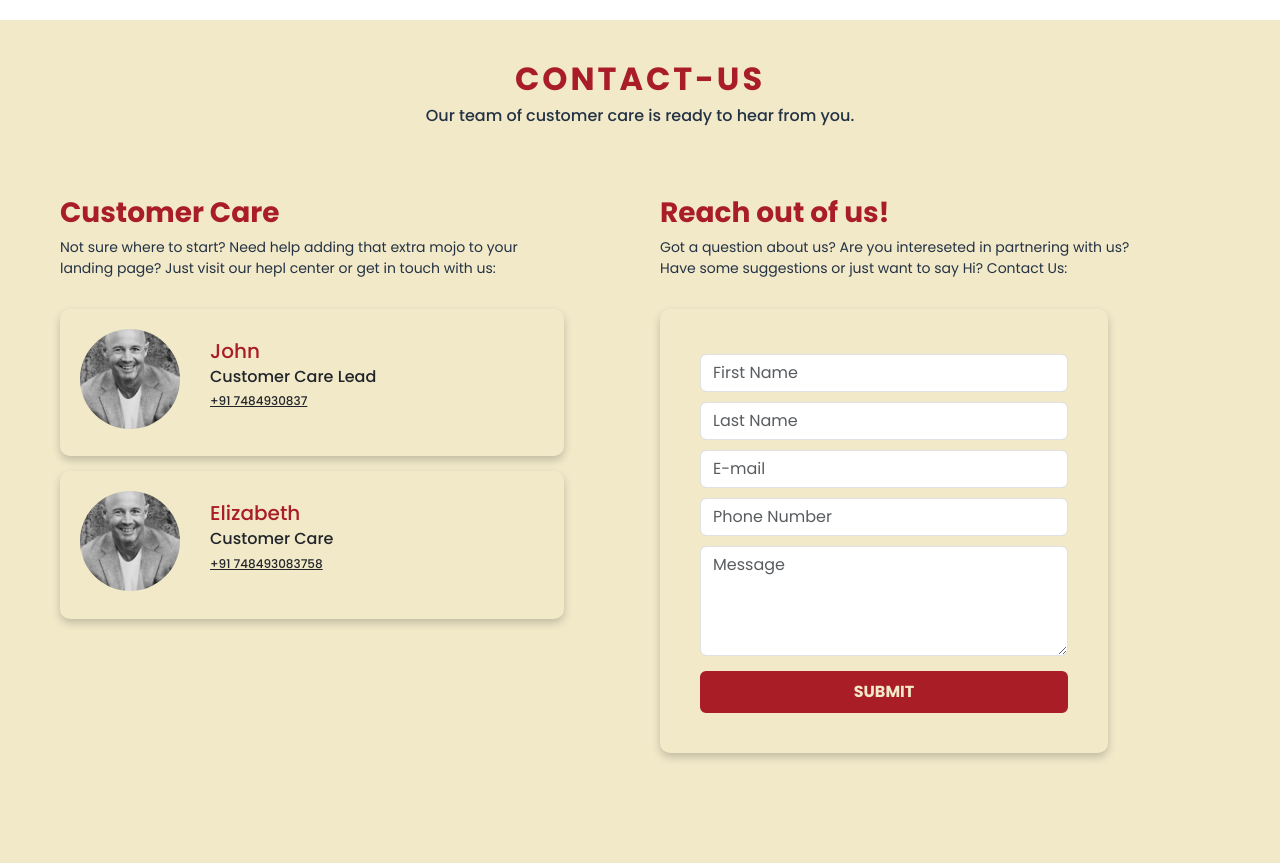
Repository: SharonSebastian32/Event-Management-System-
Page: index.html
The author's editor kept a copy of each file at every save. The page is drawn from the files as they stood at one save, then again after a run of saves.
The browser window is 1280 px wide. The pictures show the part of the page from y = 3555 to 4418 px (the page is 4418 px tall).
A picture or video elsewhere on the page could not be fetched, so the positions and the page height are approximate.

Above is the page before, as saved 2024-09-06 10:59:52.
Not found: assets/css/ContactUs.css

### index.html
<!DOCTYPE html>
<html lang="en">
  <head>
    <meta charset="UTF-8" />
    <meta name="viewport" content="width=device-width, initial-scale=1.0" />
    <title>Document</title>
    <link
      rel="stylesheet"
      href="https://cdnjs.cloudflare.com/ajax/libs/font-awesome/5.15.4/css/all.min.css"
    />
    <link rel="stylesheet" href="./Css/Styles.css" />

    <!-- conatct us  -->
    <link rel="stylesheet" href="/assets/css/ContactUs.css" />
    <link
      href="https://cdn.jsdelivr.net/npm/bootstrap@5.3.0/dist/css/bootstrap.min.css"
      rel="stylesheet"
    />
  </head>
  <body>
    <!-- hero section start -->
    <nav>
      <div class="nav-container">
        <div class="logo">
          <a href="#home">
            <img src="./Assets/images/aa.jpg" alt="Event Management Logo" />
          </a>
        </div>
        <ul class="nav-links">
          <li><a href="#home">HOME</a></li>
          <li><a href="#about">ABOUT US</a></li>
          <li><a href="#events">EVENTS</a></li>
          <li><a href="#services">SERVICES</a></li>
          <li><a href="#partners us">PARTNERS US</a></li>
          <li><a href="#gallery">GALLERY</a></li>
          <li><a href="#contact">CONTACT US</a></li>
        </ul>
        <div class="sign-in">
          <a href="#login">SIGN IN</a>
        </div>
      </div>
    </nav>

    <!-- Section for Event Management Video -->
    <section class="video-section">
      <video autoplay muted loop>
        <source src="./Assets/videos/aa.mp4" type="video/mp4" />
        Your browser does not support the video tag.
      </video>
    </section>

    <!-- hero section end -->

    <!-- events section start -->

    <section>
      <center>
        <h1 style="font-size: 45px; color: #a91d26" data-aos="zoom-in">
          Events
        </h1>
        <form class="search-form" data-aos="flip-down">
          <input
            type="text"
            name="search"
            id="search"
            placeholder="Search events by name, category, price"
            data-aos="flip-down"
          />
          <button type="submit">Search</button>
        </form>
      </center>
      <div class="event-container" id="event-container">
        <!-- Event cards will be injected here by JavaScript -->
      </div>
      <div id="event-modal" class="modal" data-aos="fade-in">
        <div class="modal-content">
          <span class="close">&times;</span>
          <h2>Event Details</h2>
          <p id="event-description">Details will be displayed here.</p>
          <br />
          <a
            href="https://sharonsebastian32.github.io/razorpaypaymentgateway_implementation/"
            target="_blank"
          >
            <button class="view-details-btn">Register Now</button>
          </a>
        </div>
      </div>
    </section>

    <!-- events section end -->

    <!-- conatct us section -->

    <div class="container-fluid contact_us">
      <h2>CONTACT-US</h2>
      <h6>Our team of customer care is ready to hear from you.</h6>

      <div class="row main_section">
        <div class="col-md-6 section1">
          <h3>Customer Care</h3>
          <p>
            Not sure where to start? Need help adding that extra mojo to your
            landing page? Just visit our
            <span>hepl center</span> or get in touch with us:
          </p>
          <div class="customer_care">
            <div class="customer_care_profile">
              <div class="profile_img">
                <img src="/assets/images/men.jpg" alt="customer_care" />
              </div>
              <div class="profile_details">
                <h5>John</h5>
                <h6>Customer Care Lead</h6>
                <p>+91 7484930837</p>
              </div>
            </div>
            <div class="customer_care_profile">
              <div class="profile_img">
                <img src="./Assets/images/men.jpg" alt="customer_care" />
              </div>
              <div class="profile_details">
                <h5>Elizabeth</h5>
                <h6>Customer Care</h6>
                <p>+91 748493083758</p>
              </div>
            </div>
          </div>
        </div>
        <div class="col-md-6 section2">
          <h3>Reach out of us!</h3>
          <p>
            Got a question about us? Are you intereseted in partnering with us?
            Have some suggestions or just want to say Hi? Contact Us:
          </p>
          <form action="">
            <input
              class="form-control"
              type="text"
              name="first_name"
              placeholder="First Name"
              required
            />
            <input
              class="form-control"
              type="text"
              name="last_name"
              placeholder="Last Name"
              required
            />
            <input
              class="form-control"
              type="email"
              name="email"
              placeholder="E-mail"
              required
            />
            <input
              class="form-control"
              type="tel"
              name="phone"
              placeholder="Phone Number"
              required
            />
            <textarea
              class="form-control"
              name="message"
              id=""
              rows="4"
              placeholder="Message"
            ></textarea>
            <button class="btn">SUBMIT</button>
          </form>
        </div>
      </div>
    </div>
    <!-- contact us section -->

    <script src="./Js/Scripts.js"></script>
      <script src="https://cdn.jsdelivr.net/npm/bootstrap@5.3.0/dist/js/bootstrap.bundle.min.js"></script>
  </body>
</html>

### Css/Styles.css
 @import url('https://fonts.googleapis.com/css2?family=Poppins:ital,wght@0,100;0,200;0,300;0,400;0,500;0,600;0,700;0,800;0,900;1,100;1,200;1,300;1,400;1,500;1,600;1,700;1,800;1,900&display=swap');

:root {
    --main-color: #d3ad7f;
    --black: #13131a;
    --bg: #010103;
    --border: .1rem solid rgba(255, 255, 255, .3);
}


body {
    margin: 0;
font-family: "Poppins"; }

nav {
    background-color: #f2e9c9;
    padding: 10px 20px;
}

.nav-container {
    display: flex;
    justify-content: space-between;
    align-items: center;
}

.logo img {
    height: 50px;
}

.nav-links {
    list-style-type: none;
    display: flex;
    margin: 0;
    padding: 0;
}

.nav-links li {
    margin: 0 20px;
}

.nav-links li a {
    color: #a91d26;
    text-decoration: none;
    font-weight: bold;
}

.nav-links li a:hover {
    color: #FFD700;
    /* Golden color */
}

.sign-in a {
    background-color: #FFD700;
    color: maroon;
    padding: 10px 20px;
    border-radius: 5px;
    text-decoration: none;
    font-weight: bold;
}

.sign-in a:hover {
    background-color: #FFA500;
    /* Darker golden shade */
    color: #233244;
}

/* Styling for Video Section */
.video-section {
    width: 100%;
    height: 100vh;
    /* Full viewport height */
    overflow: hidden;
    position: relative;
}

.video-section video {
    position: absolute;
    top: 0;
    left: 0;
    width: 100%;
    height: 100%;
    object-fit: cover;
    /* Ensures the video covers the entire container */
}





/* event css start */


 * {
     margin: 0;
     padding: 0;
     box-sizing: border-box;
     font-family: "Poppins";
 }


 body {
     font-family: Arial, sans-serif;
     background-color: rgb(255, 255, 220);
 }

 .event-container {
     display: flex;
     flex-direction: column;
     align-items: center;
     padding: 20px;
     width: 70%;

 }

 .event-card {
     display: flex;
     background-color: #ffffff;
     box-shadow: 0 4px 8px hwb(0 51% 46% / 0.926);
     border-radius: 10px;
     overflow: hidden;
     margin-bottom: 20px;
     width: 80%;
     max-width: 800px;
 }

 .event-card img {
     margin: 20px;
     width: 260px;
     height: 200px;
     object-fit: cover;
 }

 .event-details {
     padding: 20px;
     display: flex;
     flex-direction: column;
     justify-content: space-between;
 }

 .event-details h2 {
     font-size: 1.5em;
     margin-bottom: 10px;
 }

 .event-details p {
     margin-bottom: 8px;
     font-size: 0.95em;
 }

 .event-details a {
     color: #007BFF;
     text-decoration: none;
 }

 .event-details a:hover {
     text-decoration: underline;
 }

 .price,
 .date,
 .location {
     font-weight: bold;
 }

 .social-links a {
     margin-right: 10px;
     color: #555;
 }

 .social-links a:hover {
     color: #007BFF;
 }


 .search-form {
     display: flex;
     justify-content: center;
     align-items: center;
     margin: 20px 0;
 }

 .search-form input[type="text"] {
     padding: 10px;
     font-size: 16px;
     border: 2px solid #ccc;
     border-radius: 30px 0 0 30px;
     outline: none;
     width: 300px;
     transition: all 0.3s ease;
 }

 .search-form input[type="text"]:focus {
     border-color: #a91d26;
 }

 .search-form button {
     padding: 10px 20px;
     background-color: #a91d26;
     color: white;
     border: none;
     border-radius: 0 30px 30px 0;
     cursor: pointer;
     font-size: 16px;
     transition: background-color 0.3s ease;
 }

 .search-form button:hover {
     background-color: #480606;
 }

 .search-form button:focus {
     outline: none;
 }

 .view-details-btn {
     background-color: red;
     /* Red background */
     color: white;
     /* White text */
     padding: 5px 10px;
     /* Smaller padding */
     border: none;
     /* No border */
     cursor: pointer;
     /* Pointer on hover */
     font-size: 14px;
     /* Smaller font size */
     border-radius: 3px;
     /* Slightly rounded corners */
     margin-top: 10px;
     /* Margin at the top */
     transition: background-color 0.3s ease;
     /* Smooth hover transition */
 }

 .view-details-btn:hover {
     background-color: darkred;
     /* Darker red on hover */
 }



 /* The Modal (background) */
 .modal {
     display: none;
     /* Hidden by default */
     position: fixed;
     /* Stay in place */
     z-index: 1;
     /* Sit on top */
     left: 0;
     top: 0;
     width: 100%;
     /* Full width */
     height: 100%;
     /* Full height */
     background-color: rgba(0, 0, 0, 0.5);
     /* Black background with opacity */
 }

 /* Modal Content */
 .modal-content {
     background-color: white;
     margin: 10% auto;
     padding: 20px;
     border: 1px solid #888;
     width: 1000px;
     height: 400px;
     position: relative;
     box-shadow: 0 4px 8px rgba(0, 0, 0, 0.2);
 }

 /* Close Button */
 .close {
     color: #aaa;
     float: right;
     font-size: 28px;
     font-weight: bold;
     cursor: pointer;
 }

 .close:hover,
 .close:focus {
     color: black;
     text-decoration: none;
     cursor: pointer;
 }

/* event css end */



/* contact css start */
@import url('https://fonts.googleapis.com/css2?family=SUSE:wght@100..800&display=swap');

:root {
    --primary-color: #f2e9c9;
    --secondary-color: #233244;
    --ternay-color: #a91d26;
    --primary-font: "SUSE", sans-serif;
}

body {
    margin: 0;
    padding: 0;
    box-sizing: border-box;
    font-family: var(--primary-font);
}

.contact_us {
    background-color: var(--primary-color);
    min-height: 100vh;
    padding: 40px !important;
}

.contact_us>h2 {
    text-align: center;
    color: var(--ternay-color);
    font-weight: 700;
    letter-spacing: 3px;

}

.contact_us>h6 {
    text-align: center;
    color: var(--secondary-color);

}

.contact_us>.main_section {
    margin: 30px 0px;
    padding: 30px 0px;
}

.main_section>.section1 {
    padding: 10px 20px;
}

.main_section>.section1>h3 {
    color: var(--ternay-color);
    font-weight: 700;
}

.main_section>.section1>p {
    color: var(--secondary-color);
    font-weight: 400;
    font-size: 14px;
    max-width: 90%;
    margin-bottom: 30px;
}

.customer_care>.customer_care_profile {
    display: flex;
    padding: 20px;
    border-radius: 10px;
    margin: 15px 0px;
    max-width: 90%;
    box-shadow: 0px 4px 8px rgba(0, 0, 0, 0.2);
    cursor: pointer;
}

.customer_care>.customer_care_profile>.profile_img {
    margin-right: 30px;
    border-radius: 50%;
    width: 100px;
    height: 100px;
    overflow: hidden;

}

.customer_care>.customer_care_profile>.profile_img>img {
    object-fit: cover;
    width: 100%;
    height: 100%;
    filter: grayscale();
}

.customer_care>.customer_care_profile>.profile_details {
    margin: 10px 0px;
}

.customer_care>.customer_care_profile>.profile_details>h5 {
    color: var(--ternay-color);
    font-size: 20px;
    font-weight: 500;
    margin-bottom: 4px;
}

.customer_care>.customer_care_profile>.profile_details>h6 {
    margin-bottom: 6px;
    font-size: 16px;
}

.customer_care>.customer_care_profile>.profile_details>p {
    font-size: 12px;
    font-weight: 500;
    text-decoration: underline;

}

.main_section>.section2 {
    padding: 10px 20px;
}

.main_section>.section2>h3 {
    color: var(--ternay-color);
    font-weight: 700;
}

.main_section>.section2>p {
    color: var(--secondary-color);
    font-weight: 400;
    font-size: 14px;
    max-width: 90%;
    margin-bottom: 30px;
}

.main_section>.section2>form {
    display: flex;
    flex-direction: column;
    max-width: 80%;
    box-shadow: 0px 4px 8px rgba(0, 0, 0, 0.2);
    padding: 40px;
    border-radius: 10px;
}

.main_section>.section2>form>input {
    margin: 5px 0px;

}

.main_section>.section2>form>textarea {
    margin: 5px 0px;

}

.main_section>.section2>form>button {
    background-color: var(--ternay-color);
    color: var(--primary-color);
    margin-top: 10px;
    border: 2px solid var(--ternay-color);
    font-weight: bold;
    padding: 7px;
    transition: 0.4s ease-in-out;

}

.main_section>.section2>form>button:hover {
    background-color: var(--primary-color);
    color: var(--ternay-color);
}
 /* contact css end */

### Js/Scripts.js
document.addEventListener("DOMContentLoaded", () => {
  fetch("../json/events.json")
    .then((response) => response.json())
    .then((data) => renderEvents(data))
    .catch((error) => console.error("Error loading events:", error));

  const modal = document.getElementById("event-modal");
  const closeBtn = document.querySelector(".close");

  closeBtn.onclick = function () {
    modal.style.display = "none";
  };

  window.onclick = function (event) {
    if (event.target === modal) {
      modal.style.display = "none";
    }
  };
});

function renderEvents(events) {
  const eventContainer = document.getElementById("event-container");
  events.forEach((event) => {
    const eventCard = document.createElement("div");
    eventCard.classList.add("event-card");

    eventCard.innerHTML = `
      <img src="${event.thumbnail}" alt="${event.eventName}">
      <div class="event-details">
        <h2>${event.eventName}</h2>
        <p class="date"><strong>Date:</strong> ${new Date(
          event.date
        ).toLocaleDateString()}</p>
        <p class="time"><strong>Time:</strong> ${new Date(
          event.startTime
        ).toLocaleTimeString()} - ${new Date(
      event.endTime
    ).toLocaleTimeString()}</p>
        <p class="location"><strong>Location:</strong> ${
          event.location.venueName
        }, ${event.location.city}, ${event.location.state}, ${
      event.location.country
    }</p>
        <p class="price"><strong>Price:</strong> ₹${event.price.basePrice}</p>
        <button class="view-details-btn">View Details</button>
      </div>
    `;

    eventContainer.appendChild(eventCard);

    const viewDetailsBtn = eventCard.querySelector(".view-details-btn");
    viewDetailsBtn.addEventListener("click", () => {
      document.getElementById(
        "event-description"
      ).textContent = `More details about ${event.eventName}...`;
      document.getElementById("event-modal").style.display = "block";
    });
  });
}

Loaded but not shown: json/events.json (837 lines, source omitted)

After the next 2 saves:
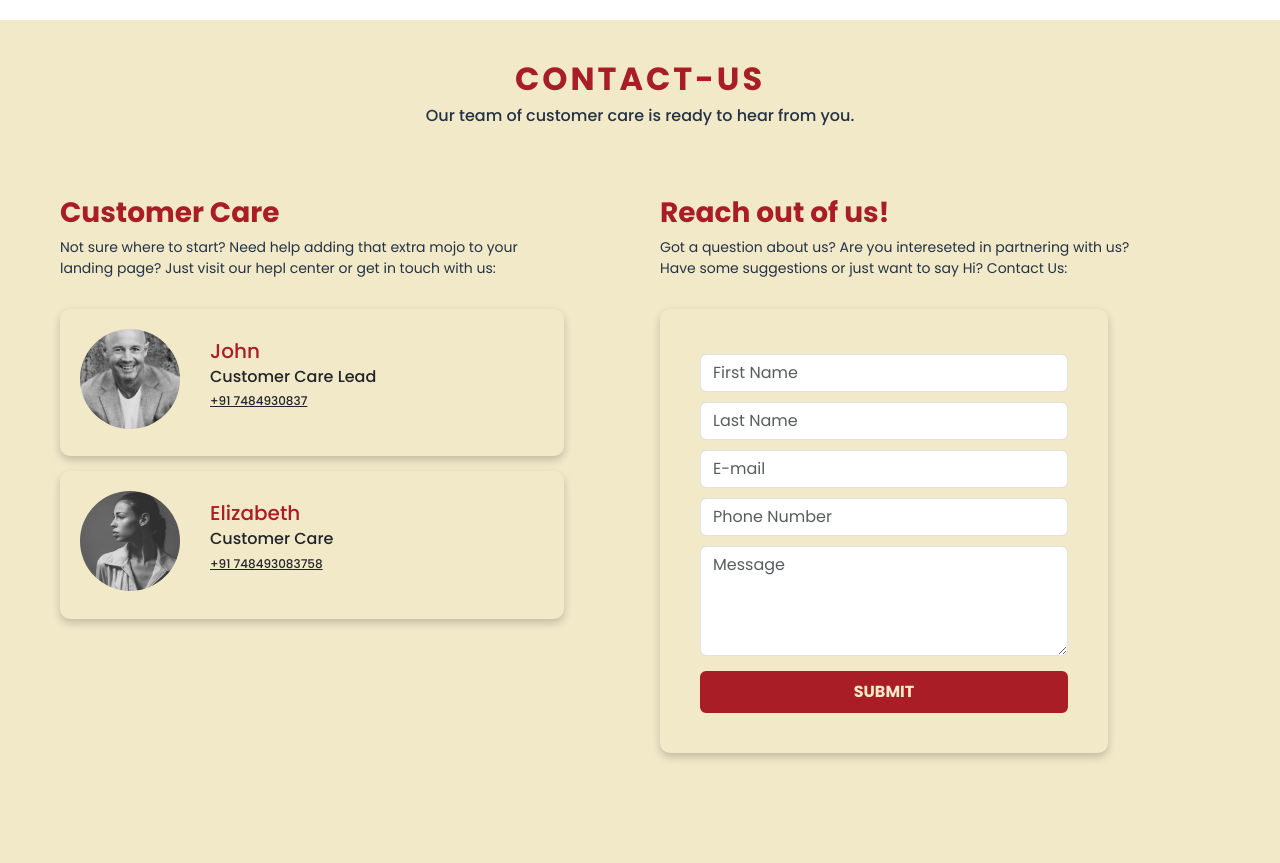
The 2 saves are shown as one change because they came seconds apart.
The last was saved 8 s later.
--- a/index.html
+++ b/index.html
@@ -117,7 +117,7 @@
             </div>
             <div class="customer_care_profile">
               <div class="profile_img">
-                <img src="./Assets/images/men.jpg" alt="customer_care" />
+                <img src="./Assets/images/women.jpg" alt="customer_care" />
               </div>
               <div class="profile_details">
                 <h5>Elizabeth</h5>
